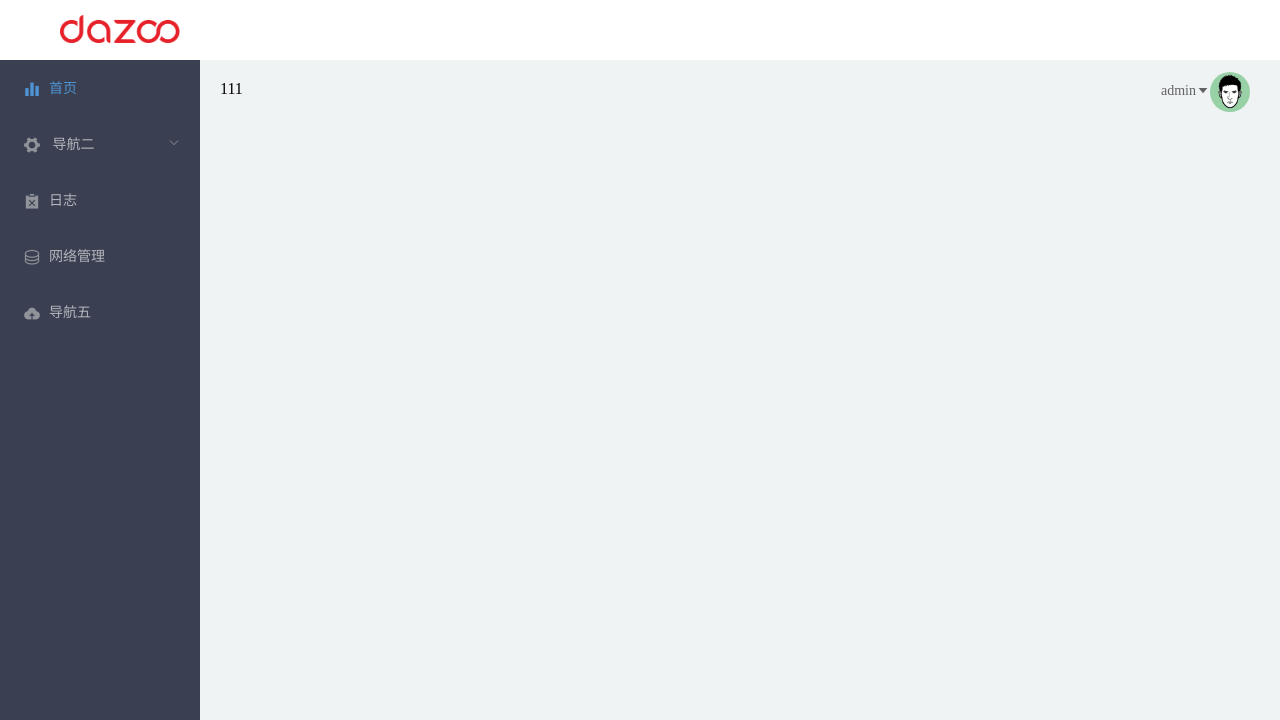
Repository: TomGodb/dazoo-admin
Page: /#/Home
The author's editor kept a copy of each file at every save. The page is drawn from the files as they stood at one save, then again after the next save.
The browser window is 1280 px wide. The pictures show the whole page.
The project was rebuilt for these pictures with package versions that can differ from the ones it lists, and the page was loaded fresh each time. Also part of the build but not shown: vue.config.js, src/components/SlideVerify/index.vue, src/utils/request.js, src/views/login/http.js, src/views/login/index.vue.

Above is the page before, as saved 2021-01-23 10:42:31.

After the next save:
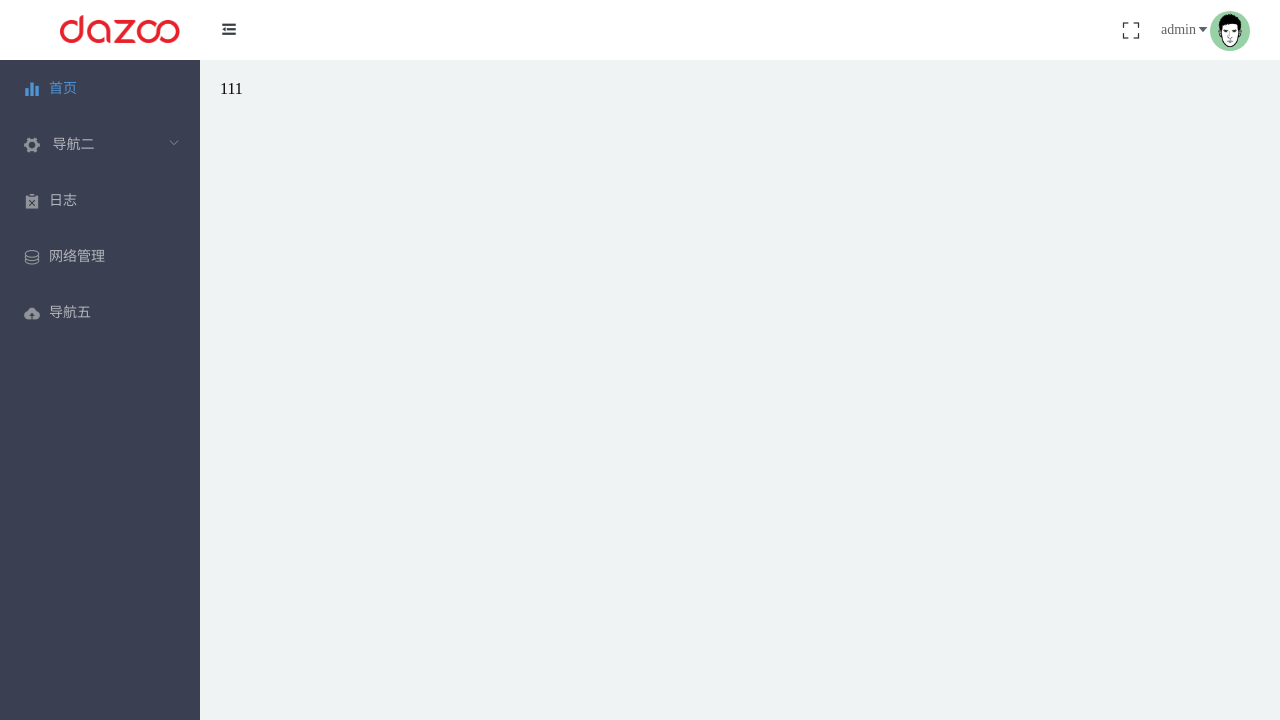
Saved 6 s later.
--- a/src/Home/Header/index.vue
+++ b/src/Home/Header/index.vue
@@ -56,6 +56,7 @@ export default {
   float: right;
 }
 .header_l {
+  float: left;
   border-bottom: 1px solid #454b61;
   width: 200px;
   height: 60px;
